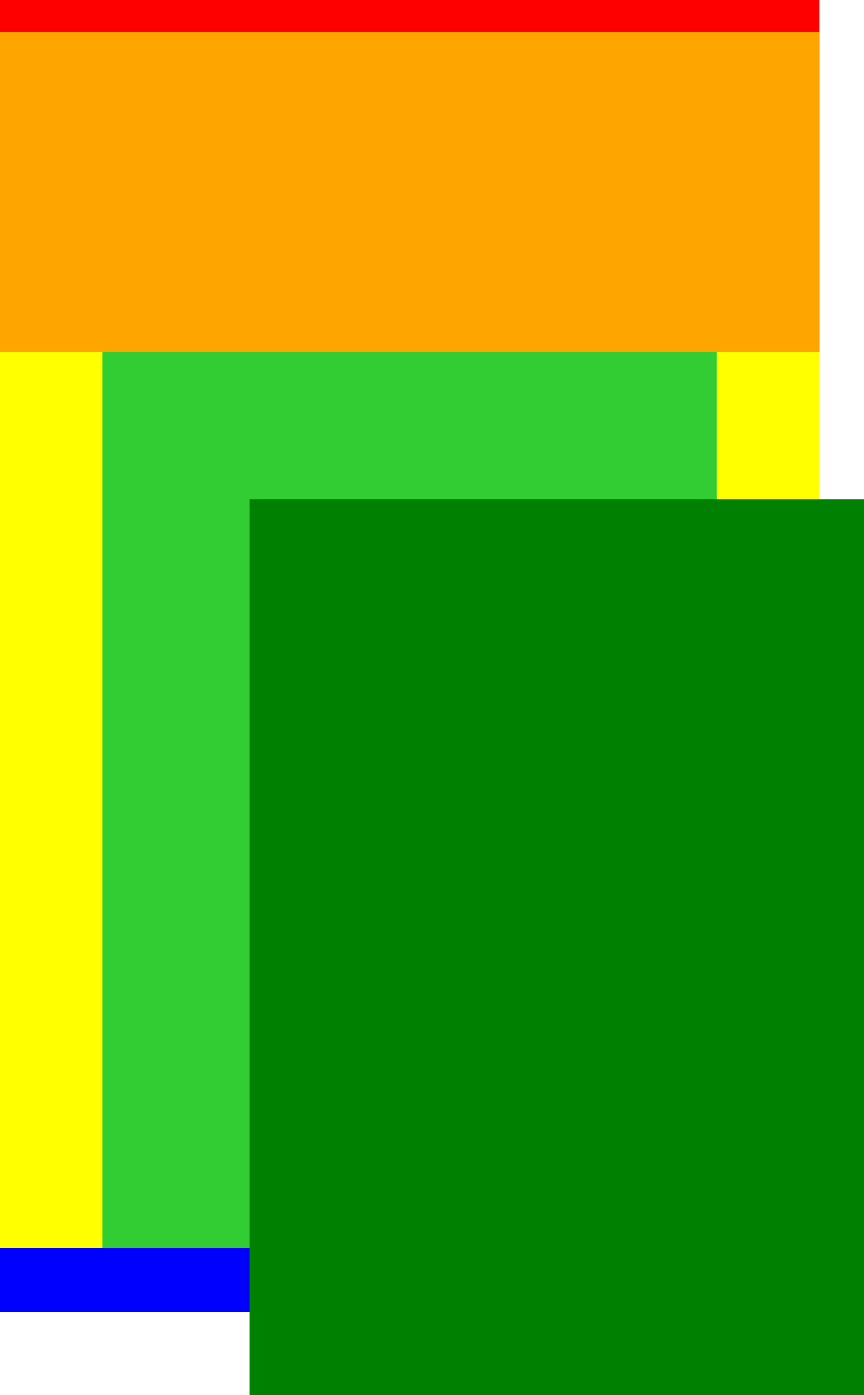
Repository: shizuki-okuma/dmm-webcamp
Page: chapter4_exercise/chapter4_exercise.html
The author's editor kept a record of every edit. The page is drawn from the files as they stood at one moment, then again after the next edit.
The browser window is 1280 px wide. The page is 1350 px wide, then 1280 px, so the pictures cover 1350 px, including what lies to the right of the window. The pictures show the whole page, at 64% of full size.

Above is the page before.

### chapter4_exercise/chapter4_exercise.html
<!DOCTYPE html>
<html lang="ja">
  <head>
    <meta charset="UTF-8" />
    <!-- CSSファイルの読み込み -->
    <link rel="stylesheet" href="style3.css" />
    <title>chapter4_exercise</title>
  </head>

  <body>
    <!-- chapter4_exercise用のdiv -->
    <div class="header">
      <div class="header-top"></div>
      <div class="header-bottom"></div>
    </div>

    <div class="main">
      <div class="sidebar">
      <div class="blog"></div>
      </div>
    </div>
    <div class="footer"></div>
  </body>
</html>

### chapter4_exercise/style3.css
* {
  margin: 0;
  padding: 0;
  box-sizing: border-box;
}

.header {
  width: 100%;
  height: 550px;
  background-color: purple;
}
.header-top {
  width: 100%;
  height: 50px;
  background-color: red;
}
.header-bottom {
  width: 100%;
  height: 500px;
  background-color: orange;
}

.main {
  width: 100%;
  height: 1400px;
  background-color: yellow;
  display: flex;
  justify-content: center;
}

.sidebar {
  width: 960px;
  height: 1400px;
  background-color: limegreen;
  padding: 230px 230px;
}
.blog {
  width: 960px;
  height: 1400px;
  background-color: green;

}


.footer {
  width: 100%;
  height: 100px;
  background-color: blue;
}

After the next edit:
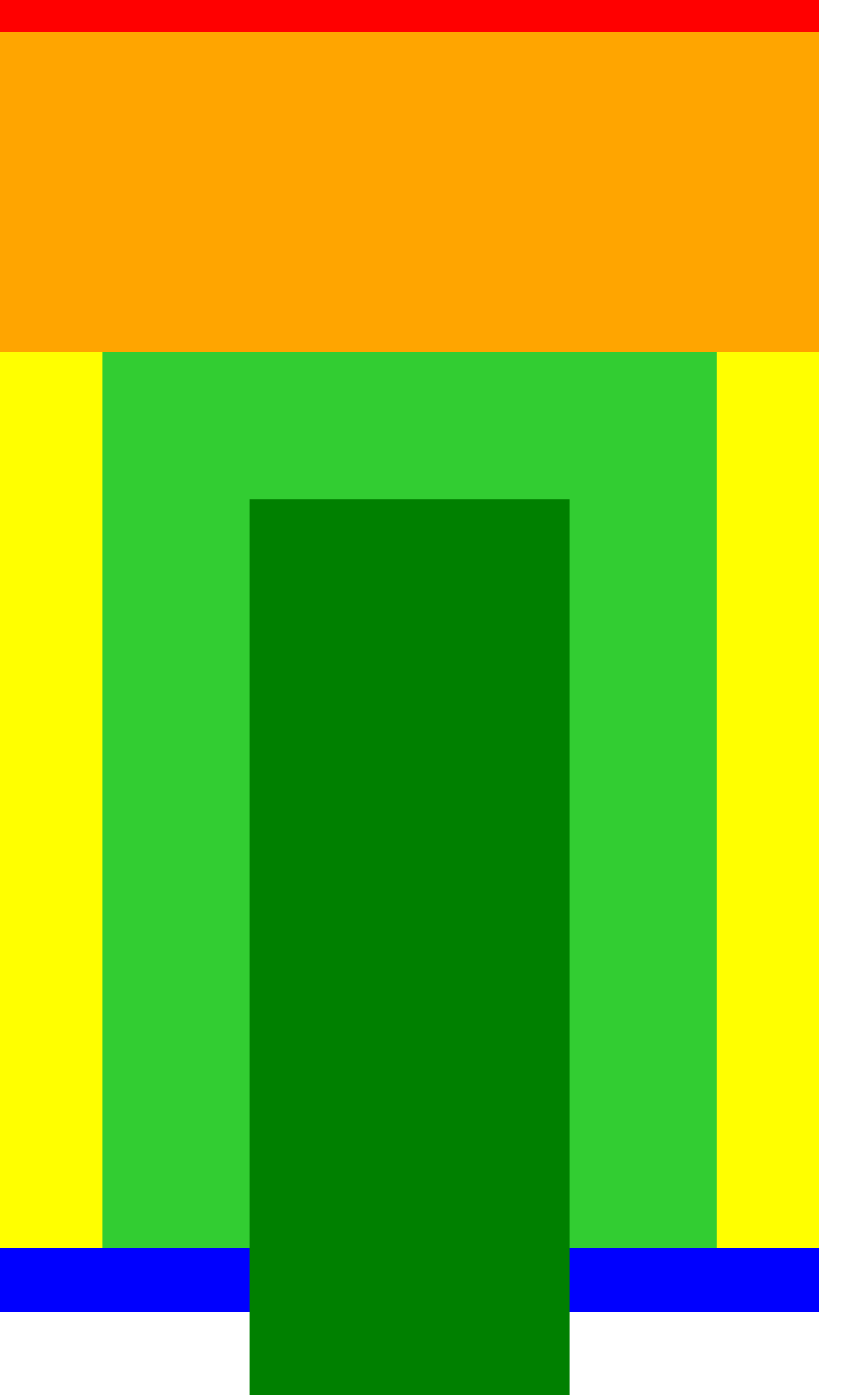
The edit:
--- a/chapter4_exercise/style3.css
+++ b/chapter4_exercise/style3.css
@@ -35,7 +35,7 @@
   padding: 230px 230px;
 }
 .blog {
-  width: 960px;
+  width: 500px;
   height: 1400px;
   background-color: green;
 
